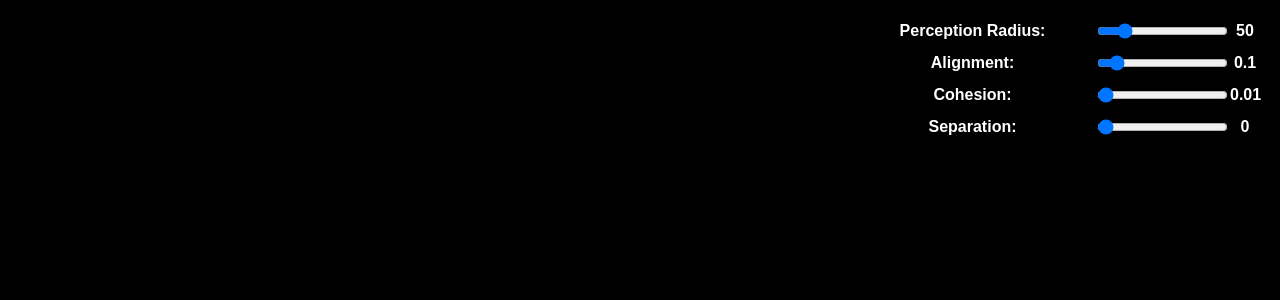
Repository: eltonsampaio12/boids
Page: index.html
The author's editor kept a copy of each file at every save. The page is drawn from the files as they stood at one save, then again after the next save.
The browser window is 1280 px wide. The pictures show the whole page.

Above is the page before, as saved 2024-02-01 13:31:53.
Not found: main.ts

After the next save:
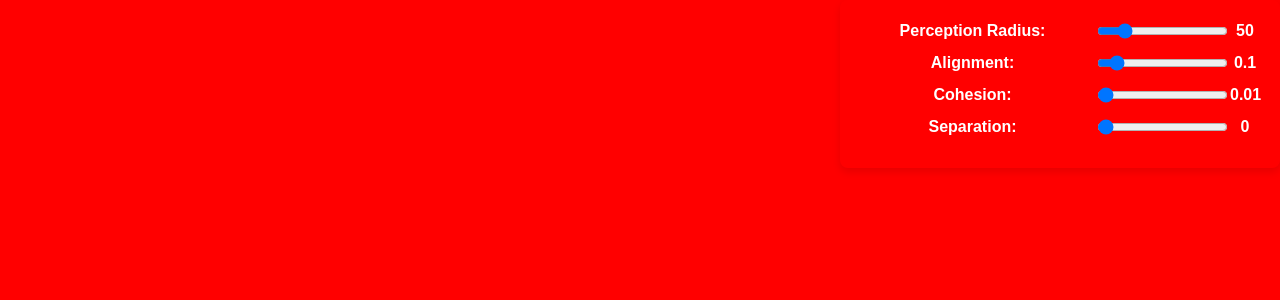
Saved 5 s later.
--- a/index.html
+++ b/index.html
@@ -6,7 +6,7 @@
     <style>
       body {
         margin: 0;
-        background-color: black;
+        background-color: red;
         height: 100vh;
         color: white;
         font-family: "Arial", sans-serif;
